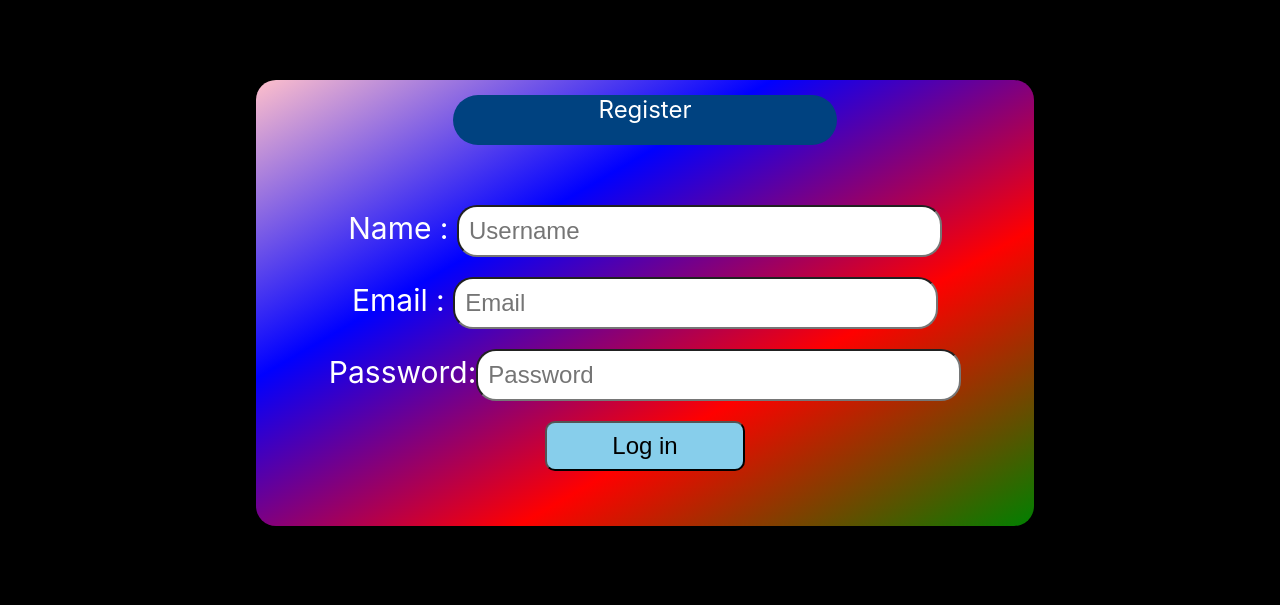
Repository: abhaysharma20233009/swiftKey
Page: /login (app in frontend/my-app/)
The author's editor kept a copy of each file at every save. The page is drawn from the files as they stood at one save, then again after the next save.
The browser window is 1280 px wide. The pictures show the whole page.
The project was rebuilt for these pictures with package versions that can differ from the ones it lists, and the page was loaded fresh each time. Also part of the build but not shown: frontend/my-app/src/Swifts.js, frontend/my-app/src/Results.js.

Above is the page before, as saved 2024-10-10 20:33:53.

### frontend/my-app/src/App.js
//App.js

import './App.css';
import React from 'react';
import { BrowserRouter as Router, Route, Routes } from 'react-router-dom';
import Swift from './Swifts';
import Results from './Results';
import Login from './Login';
const App = () => {
    return (
        <Router>
			<div className="App">
            <Routes>
                <Route path="/" element={<Swift />} />
                <Route path="/results" element={<Results />} />
                <Route path="/login" element={<Login />} />
            </Routes>
			</div>
        </Router>
    );
};

export default App;

### frontend/my-app/src/App.css
.App {
  text-align: center;
  color:white;
}

body{
  background-color:black;
}

.log{
  color:black;
  margin-left: 10px;
  margin-right: 10px;
  background-color: skyblue;
  border-radius: 10px;
  height:50px;
  width:200px;
  justify-self: end;
  font-size: x-large;
  margin-top:10px;
  margin-bottom:50px;
}




.in{
  border-radius:20px;
  font-size: 24px;
  width: 60%;
  padding: 10px;
  margin: 10px 0;
}

.hea{
  margin-top: 10px;
  margin-bottom: 50px;
  margin-left:25%;
  background-color: lightgray;
  font-size: 24px;
  background-color:rgb(0, 66, 128);
  width:50%;
  height:50px;
  border-radius:30px;
  text-align: center;
}

.lo{
  text-align:center;
}
.Timer{
  height:50px;
  font-size:30px;
  margin-bottom: 10px;
  background-color:green;
  width:50px;
  margin-left:48%;
  border-radius: 15px;
}

.form{
  font-size: 30px;
  margin-top:80px;
  padding:5px;
  background:linear-gradient(150deg,pink,blue,red,green);
  background-color:rgb(169, 90, 63);
  width:60%;
  border-radius:20px;
  margin-left:20%;
}

### frontend/my-app/src/Login.js
// Register.js
import React, { useState } from 'react';
import { useNavigate } from 'react-router-dom';
const Login = () => {
    const [username, setUsername] = useState('');
    const [email, setEmail] = useState('');
    const [password, setPassword] = useState('');

    const navigate = useNavigate();
    const fetchUser = async () => {
        try {
            await fetch('http://localhost:7000/login');

        } catch (error) {
            console.error('Error fetching messages:', error);
        }
    };

    const log = async () => {
        try {
            navigate('/', { state: { username,email } });
            const response = await fetch('http://localhost:7000/login', {
                method: 'POST',
                headers: {
                    'Content-Type': 'application/json',
                },
                body: JSON.stringify({ userName: username, email, password }),
            });

            if (!response.ok) {
                const errorData = await response.json();
                alert(errorData.message || errorData.error);
                return;
            }else{
                alert("user successfully registered");
            }
            // Reset fields
            setUsername('');
            setPassword('');

            // Navigate to Swifts with username

            await fetchUser();

        } catch (error) {
            console.error('Error login:', error);
        }
    }


    return (
        <div>

            <form className ="form">
            <div  className='hea'>Register</div>
               Name  :   <input
                    className="in"
                    type="text"
                    placeholder="Username"
                    value={username}
                    onChange={(e) => setUsername(e.target.value)}
                    required
                />
                <br/>
                 Email   : <input
                className="in"
                    type="email"
                    placeholder="Email"
                    value={email}
                    onChange={(e) => setEmail(e.target.value)}
                    required
                />
                <br/>
                Password:<input

                className="in"
                    type="password"
                    placeholder="Password"
                    value={password}
                    onChange={(e) => setPassword(e.target.value)}
                    required
                />
                <br/>
                <button className="log" onClick={log}>Log in</button>
            </form>
        </div>
    );
};

export default Login;

Loaded but not shown: frontend/my-app/public/index.html (common file); frontend/my-app/src/index.js (common file); frontend/my-app/src/index.css (common file); frontend/my-app/src/reportWebVitals.js (common file)

After the next save:
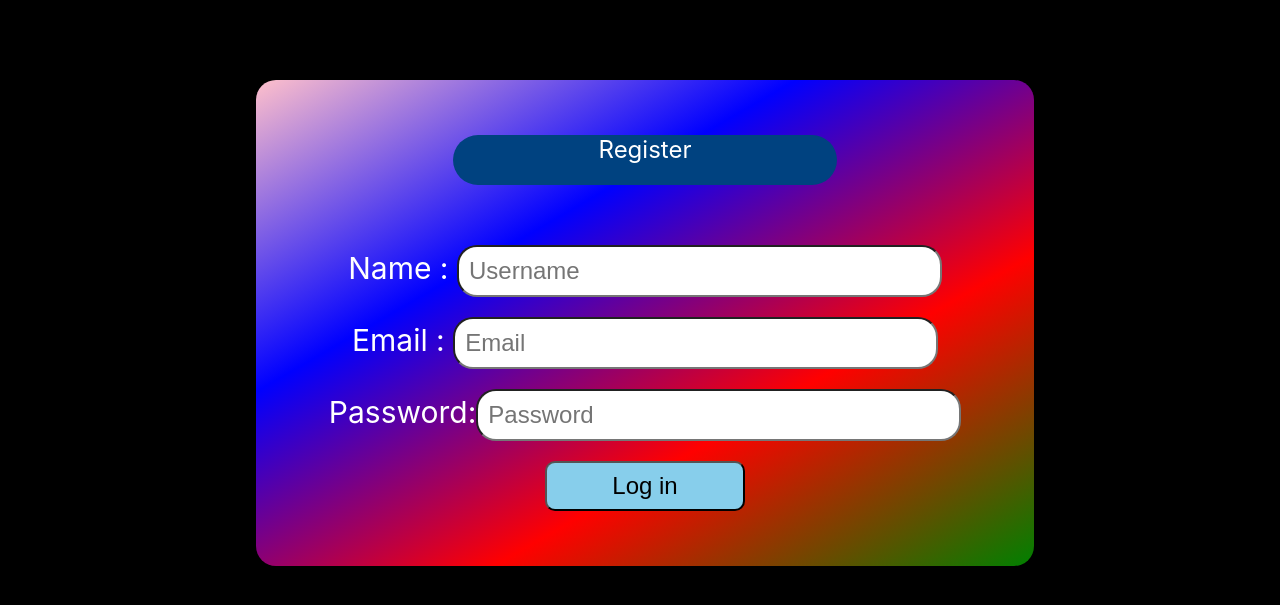
Saved 6 s later.
--- a/frontend/my-app/src/App.css
+++ b/frontend/my-app/src/App.css
@@ -33,7 +33,7 @@ body{
 }
 
 .hea{
-  margin-top: 10px;
+  margin-top: 50px;
   margin-bottom: 50px;
   margin-left:25%;
   background-color: lightgray;
